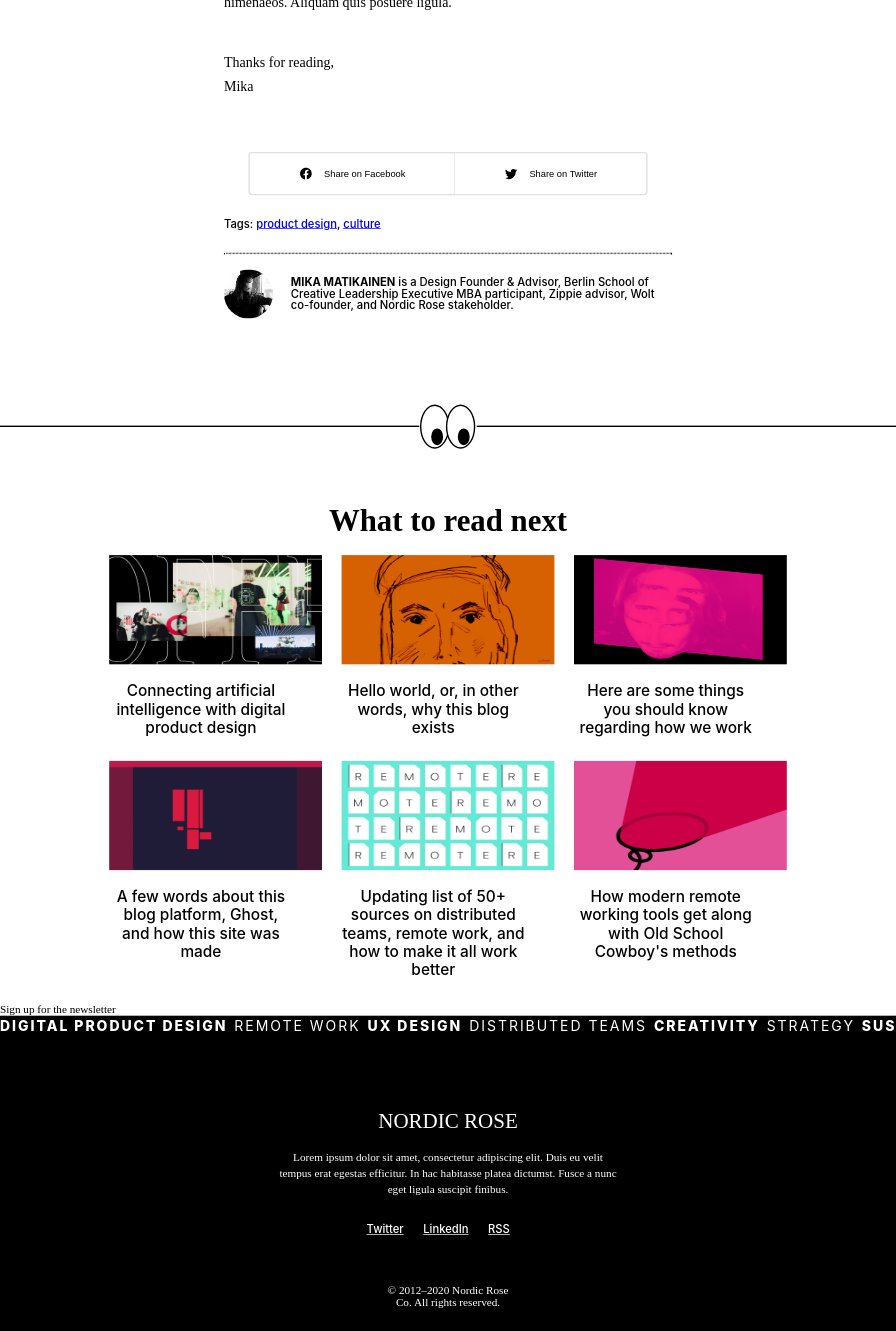
Repository: ThuTrang-jvb/JVB-BT1
Page: Page 3/article.html
An editor plug-in stored every save of this project. The page is shown before and after the next save, followed by the edit.
The browser window is 1280 px wide. The pictures show the part of the page from y = 3360 to 5280 px (the page is 5262 px tall before and 5280 px after), at 70% of full size.

Above is the page before, as saved 2025-06-30 09:51:38.

After the next save:
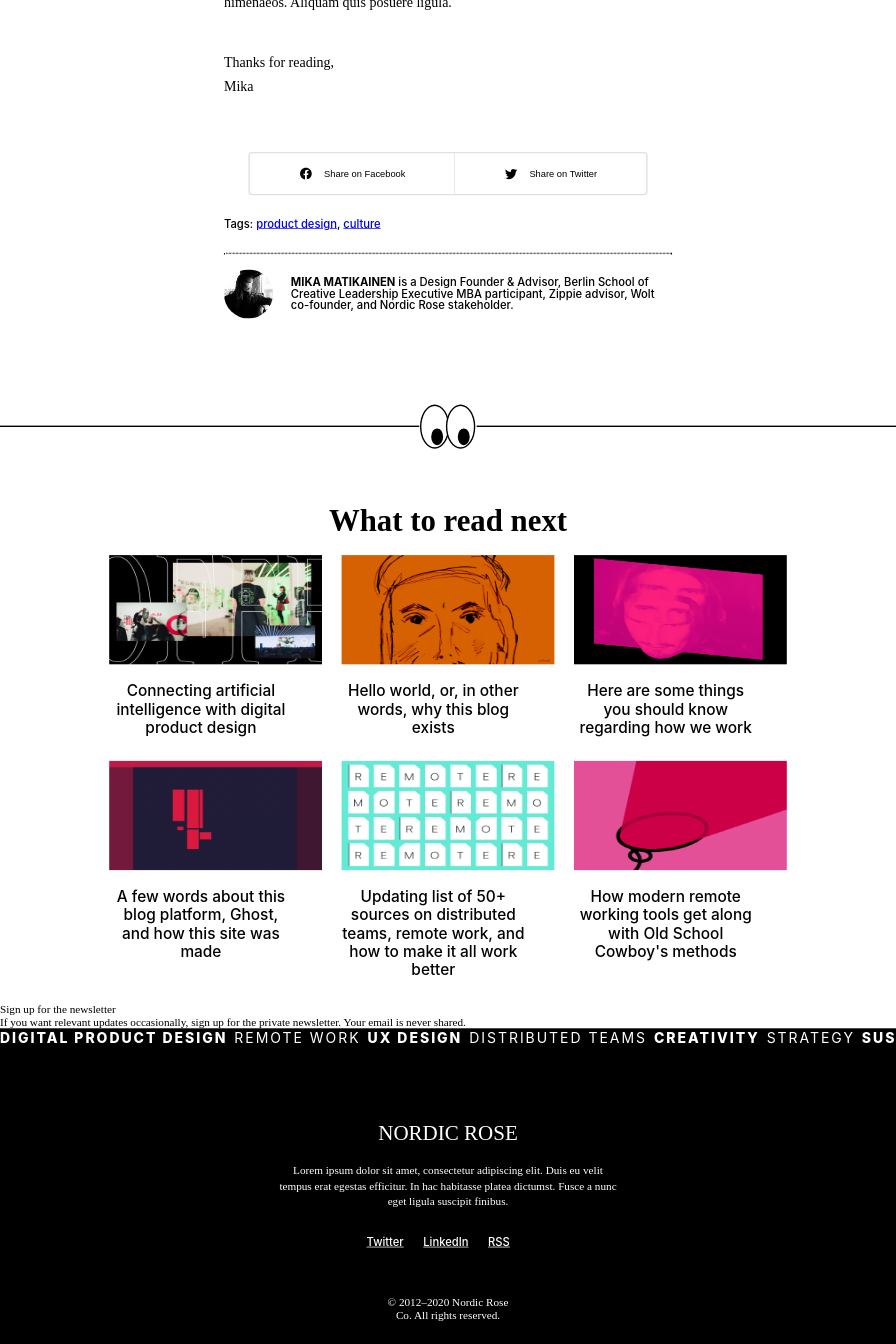
Saved 7 s later.
--- a/Page 3/article.html
+++ b/Page 3/article.html
@@ -164,7 +164,7 @@ posuere maximus dui et fringilla. Nulla non volutpat leo.</pre>
     </div>
     <div>
         <p>Sign up for the newsletter</p>
-        <p></p>
+        <p>If you want relevant updates occasionally, sign up for the private newsletter. Your email is never shared. </p>
     </div>
 
 
